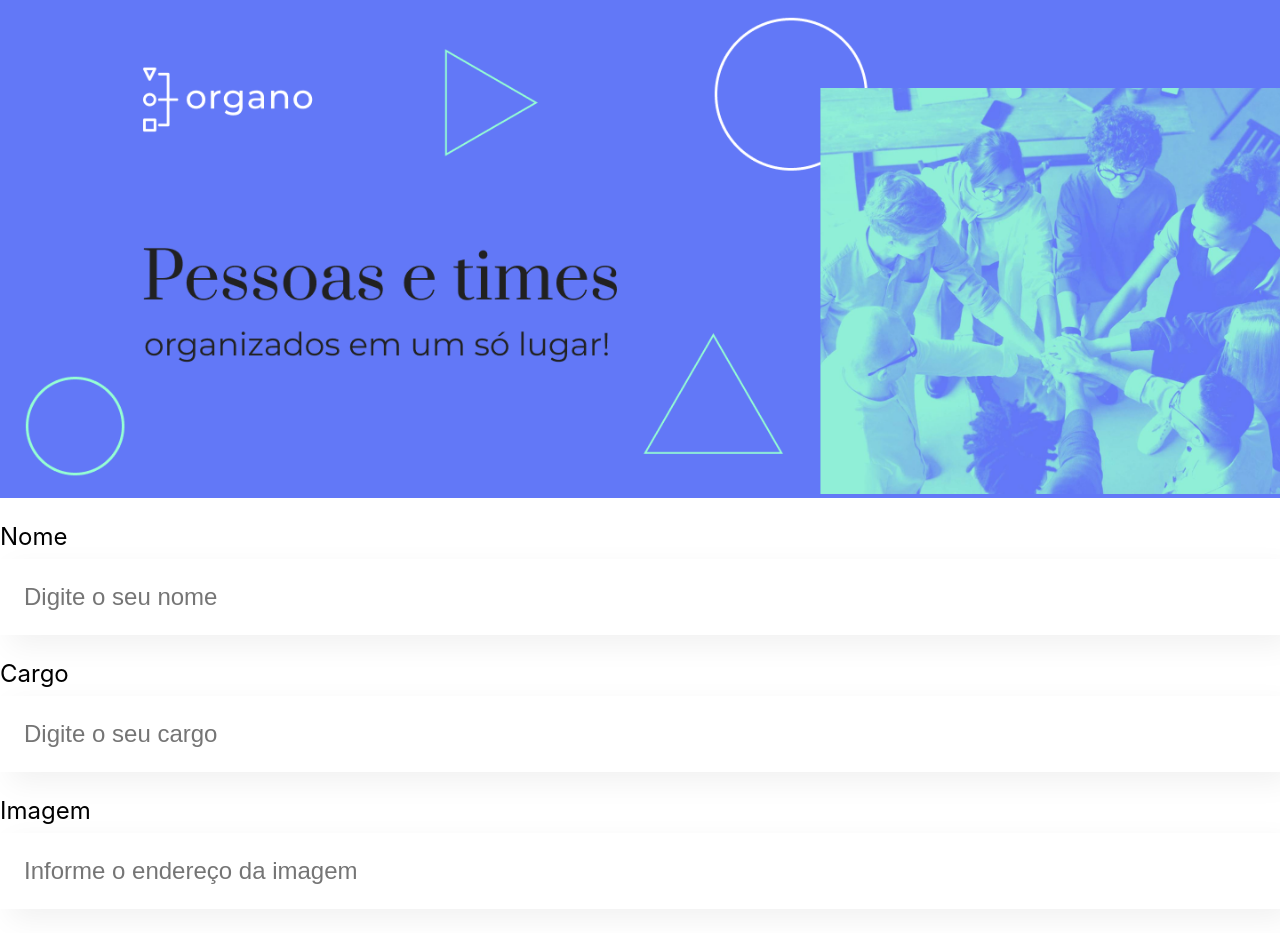
Repository: devMuriloOliveira/organo
Page: /
The author's editor kept a copy of each file at every save. The page is drawn from the files as they stood at one save, then again after the next save.
The browser window is 1280 px wide. The pictures show the whole page.
The project was rebuilt for these pictures with package versions that can differ from the ones it lists, and the page was loaded fresh each time. Also part of the build but not shown: src/componentes/Formulario/Formulario.css.

Above is the page before, as saved 2023-01-10 18:54:51.

### src/App.js

import Banner from './componentes/Banner/Banner'
import CampoTexto from './componentes/CampoTexto'

function App() {
  return (
    <div className="App">
      <Banner/>
      <CampoTexto label="Nome" placeholder="Digite o seu nome"/>
      <CampoTexto label="Cargo" placeholder="Digite o seu cargo"/>
      <CampoTexto label="Imagem" placeholder="Informe o endereço da imagem"/>


    </div>
  )
}

export default App

### src/componentes/Banner/Banner.js
import './Banner.css'

function Banner() {
  return (
    <header className="banner">
      <img src="/imagens/banner.png" alt="O banner principal da pagina Organo"/>
    </header>


    )

}

export default Banner

### src/componentes/CampoTexto/index.js
import './CampoTexto.css'

const CampoTexto = (props) =>{

  return(
    <div className="campo-texto">
      <label>{props.label}</label>
      <input placeholder={props.placeholder}/>
    </div>
  )
}

export default CampoTexto

### src/componentes/Banner/Banner.css
.banner {
  background-color: #6278F7;
  text-align: center;
}

.banner img {
  max-width: 100%;
}

### src/componentes/CampoTexto/CampoTexto.css
.campo-texto {
  margin: 24px 0;
}

.campo-texto label {
  display: block;
  margin-bottom: 8px;
  font-size: 24px;
}

.campo-texto input {
  background-color: #fff;
  box-shadow: 10px 10px 30px rgba(0, 0, 0, 0.06);
  width: 100%;
  border: none;
  font-size: 24px;
  padding: 24px;
  box-sizing: border-box;
}

### src/componentes/Formulario/index.js
import './Formulario.css'

const Formulario = () =>{

}

export default Formulario

Loaded but not shown: public/index.html (common file); src/index.js (common file); src/index.css (common file)

After the next save:
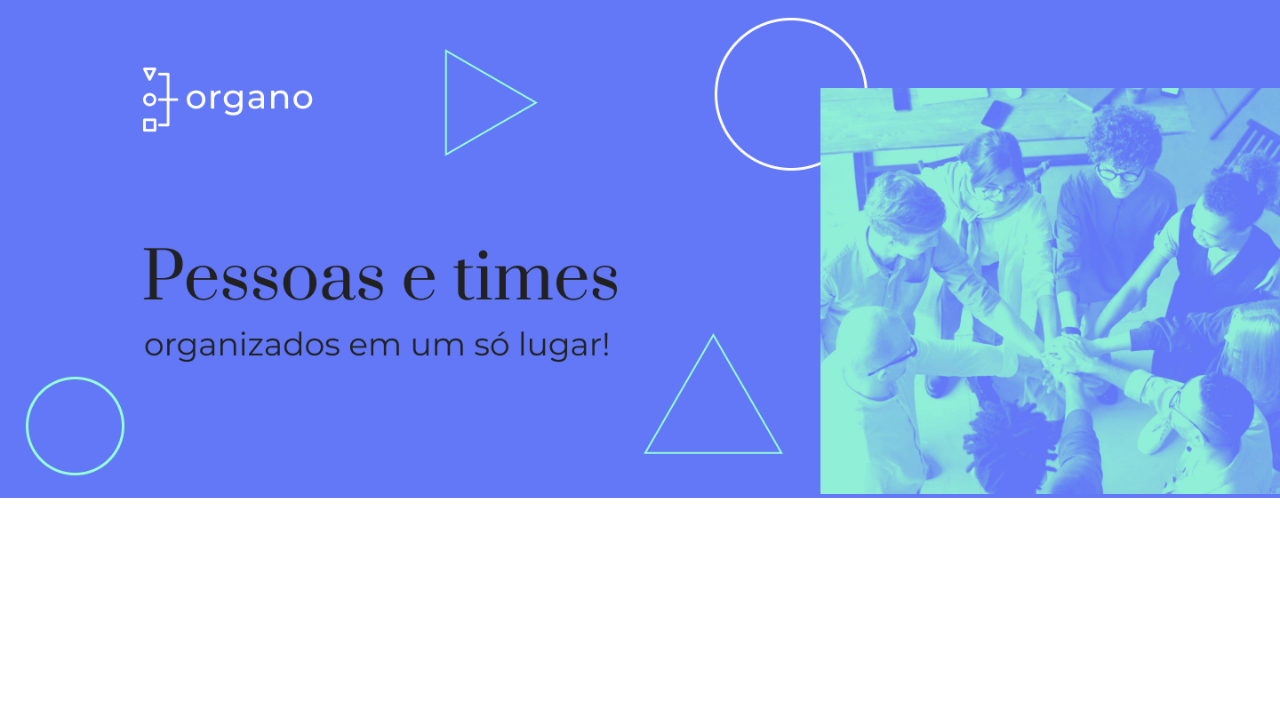
Saved 71 s later.
--- a/src/App.js
+++ b/src/App.js
@@ -6,9 +6,7 @@
   return (
     <div className="App">
       <Banner/>
-      <CampoTexto label="Nome" placeholder="Digite o seu nome"/>
-      <CampoTexto label="Cargo" placeholder="Digite o seu cargo"/>
-      <CampoTexto label="Imagem" placeholder="Informe o endereço da imagem"/>
+
 
 
     </div>

After the 4 saves that followed:
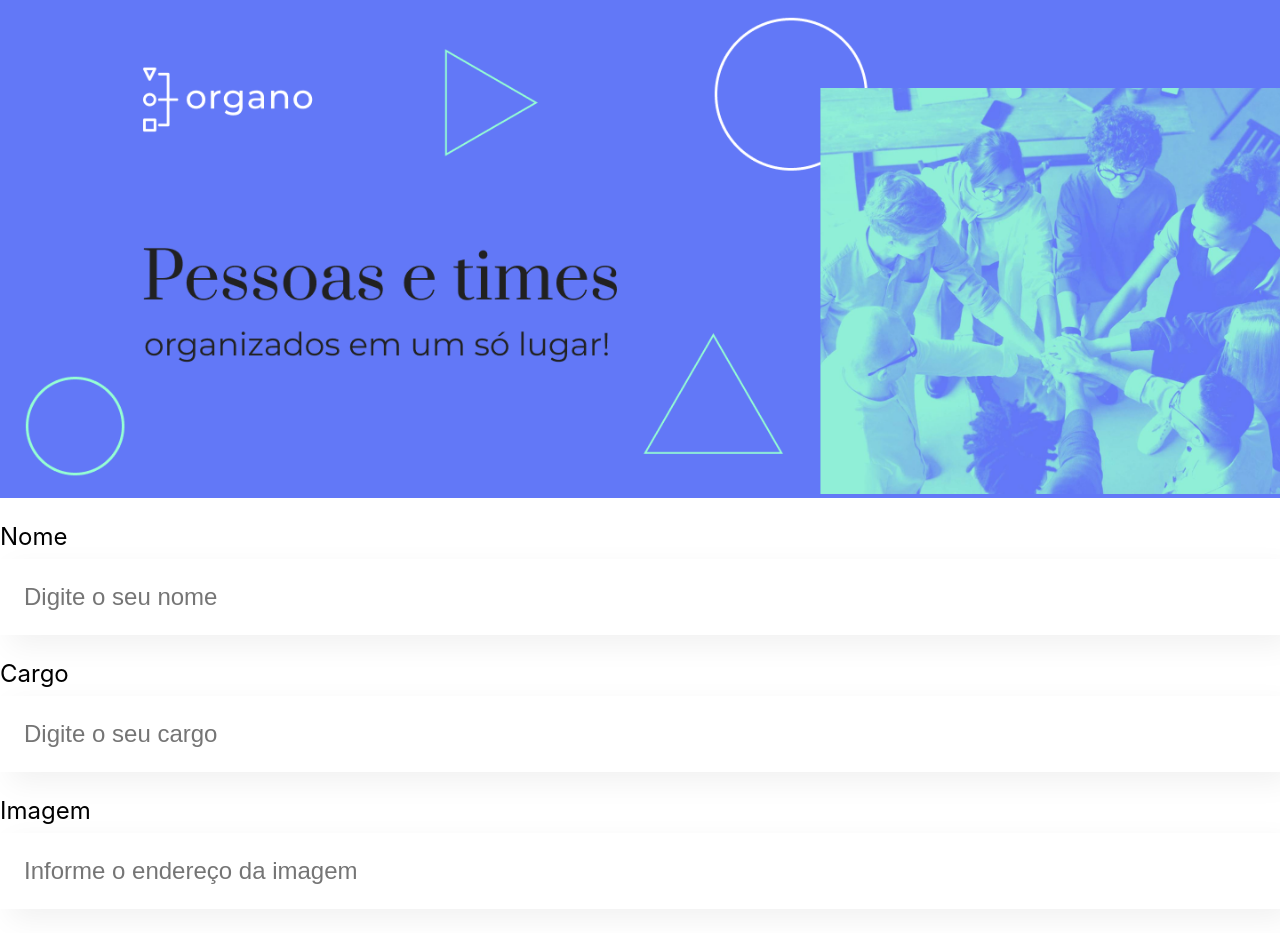
The 4 saves are shown as one change because 3 left the picture as it was.
The last was saved 2 min 15 s later.
--- a/src/App.js
+++ b/src/App.js
@@ -1,12 +1,13 @@
 
 import Banner from './componentes/Banner/Banner'
-import CampoTexto from './componentes/CampoTexto'
+import Formulario from './componentes/Formulario'
+
 
 function App() {
   return (
     <div className="App">
       <Banner/>
-
+      <Formulario/>
 
 
     </div>
--- a/src/componentes/Formulario/index.js
+++ b/src/componentes/Formulario/index.js
@@ -1,7 +1,16 @@
+import CampoTexto from '../CampoTexto'
 import './Formulario.css'
 
 const Formulario = () =>{
-
+  return(
+    <section>
+      <form>
+      <CampoTexto label="Nome" placeholder="Digite o seu nome"/>
+      <CampoTexto label="Cargo" placeholder="Digite o seu cargo"/>
+      <CampoTexto label="Imagem" placeholder="Informe o endereço da imagem"/>
+      </form>
+    </section>
+  )
 }
 
 export default Formulario
